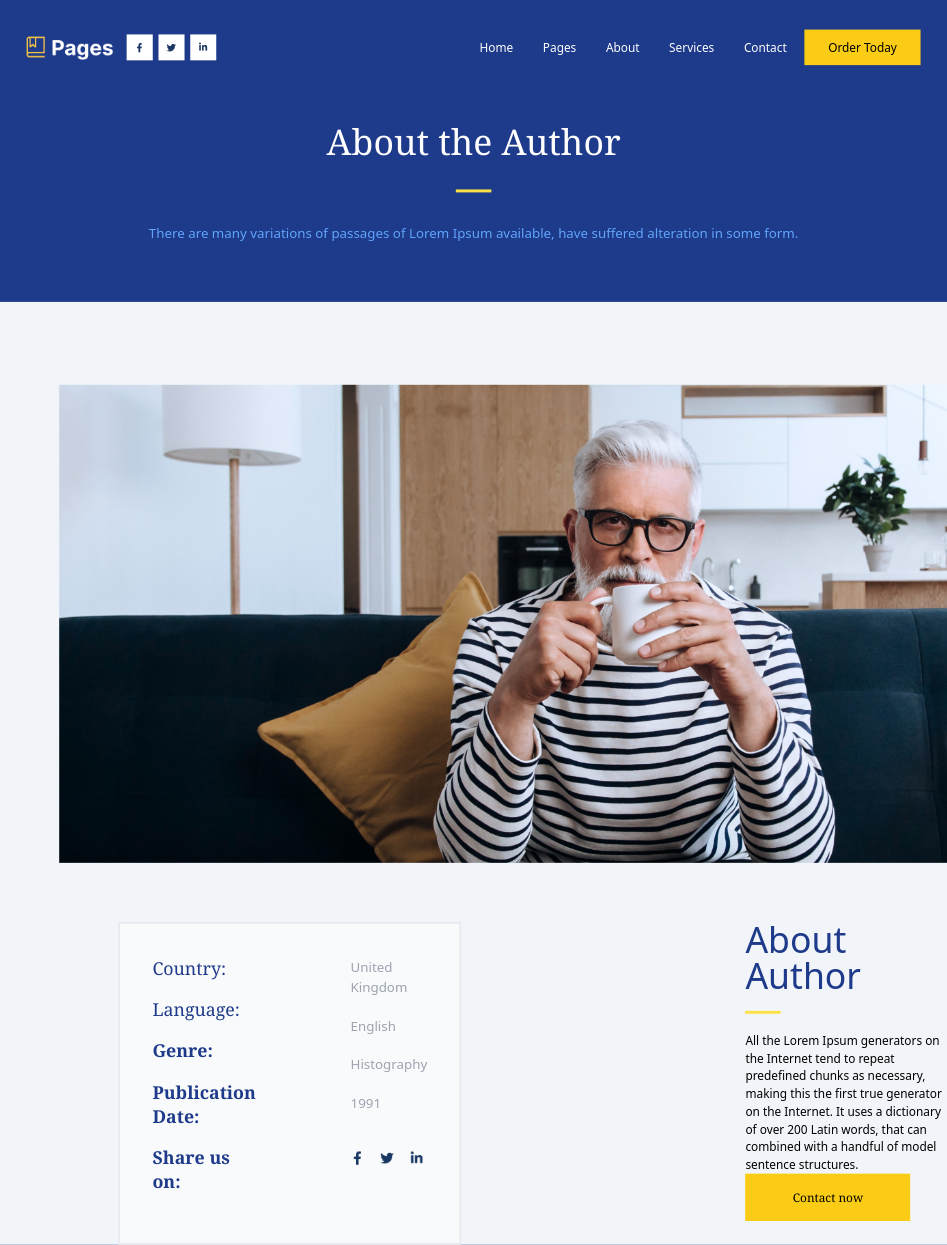
Repository: Godnorg/Class3
Page: index.html
These files come from the project's save history. The page is drawn as it stood at one moment and after the next save; the edit follows.
The browser window is 1280 px wide. The pictures show the whole page, at 74% of full size.
Some web libraries are served in a nearby version.

Above is the page before, as saved 2023-02-20 02:55:13.

### index.html
<!DOCTYPE html>
<html lang="en">
<head>
    <meta charset="UTF-8">
    <meta http-equiv="X-UA-Compatible" content="IE=edge">
    <meta name="viewport" content="width=device-width, initial-scale=1.0">
    <title>Class3</title>
    <script src="https://cdn.tailwindcss.com"></script>
</head>
<body class="w-full bg-blue-900">
<div class="flex items-center justify-between w-full pt-10 mx-auto px-9 max-w-7xl">
    <div class="flex gap-4 ">
    <img src="./Logo.png">
    <img src="./soc-icons.png" class="h-9">
    </div>
    <div class="flex gap-6">
        <ul class="flex items-center gap-10 text-white">
            <li><a href="#">Home</a></li>
            <li><a href="#">Pages</a></li>
            <li><a href="#">About</a></li>
            <li><a href="#">Services</a></li>
            <li><a href="#">Contact</a></li>
        </ul>
        <button class="px-8 py-3 mx-auto bg-yellow-400 font-sans-serif">Order Today</button>
    </div>
    </div>
    <div class="items-center mx-auto">
    <h1 class="items-center pt-20 pb-10 font-serif text-5xl text-center text-white">About the Author</h1>
        <div
            class="items-center w-12 h-1 mx-auto text-center bg-yellow-300">
        </div>
        <p class="items-center pt-10 pb-20 mx-auto text-lg text-center text-blue-400">There are many variations of passages of Lorem Ipsum available, have suffered alteration in some form.</p>
    </div>

    <div class= " bg-slate-100">
        <div class="relative w-full pb-20 pl-20 mx-auto pt-28 max-w-7xl">
        <img src="./oldman2.jpg">
        </div>
        <div class="flex">
        <div class="max-w-xl ml-40 mr-96 bg-gray-50">
            <div class="flex mt-0 border-2 pt-11 px-11 pb-11">
                <div class="pr-32">
                <h2 class="pb-6 font-serif text-2xl font-medium text-blue-900">Country:</h2>
                <h2 class="pb-6 font-serif text-2xl text-blue-900 font-bod">Language:</h2>
                <h2 class="pb-6 font-serif text-2xl font-bold text-blue-900">Genre:</h2>
                <h2 class="pb-6 font-serif text-2xl font-bold text-blue-900">Publication Date:</h2>
                <h2 class="pb-6 font-serif text-2xl font-bold text-blue-900">Share us on:</h2>
                </div>
                <div class="p-0">
                <p class="pb-6 pr-0 text-lg text-gray-400 ">United Kingdom</p>
                <p class="pb-6 pr-0 text-lg text-gray-400">English</p>
                <p class="pb-6 pr-0 text-lg text-gray-400">Histography</p>
                <p class="pb-6 pr-0 text-lg text-gray-400">1991</p>
                <img src="./socialmedia.png" class="pb-6 pr-0 pt-7">
                </div>
            </div>
        </div>
        <div class="mx-auto">
          <h1 class="text-5xl text-blue-900 ">About Author</h1>
          <div class="w-12 h-1 my-6 bg-yellow-300"></div>
          <p>All the Lorem Ipsum generators on the Internet tend to repeat predefined chunks as necessary, making this the first true generator on the Internet. It uses a dictionary of over 200 Latin words, that can combined with a handful of model sentence structures.</p>
          <button class="px-16 py-5 mx-auto font-serif bg-yellow-400">Contact now</button>
        </div>
    </div>
</div>

</body>
</html>

After the next save:
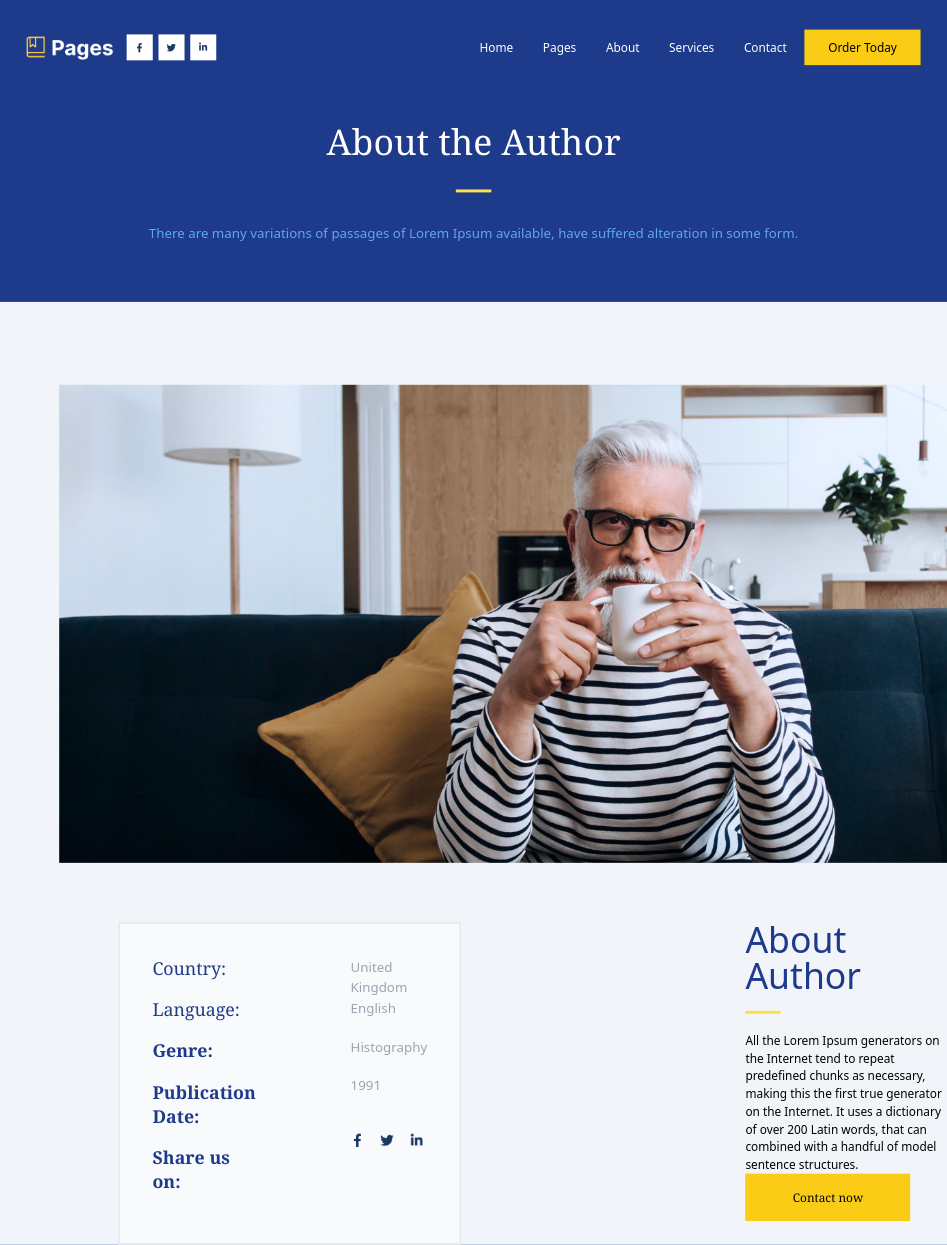
Saved 16 s later.
--- a/index.html
+++ b/index.html
@@ -47,7 +47,7 @@
                 <h2 class="pb-6 font-serif text-2xl font-bold text-blue-900">Share us on:</h2>
                 </div>
                 <div class="p-0">
-                <p class="pb-6 pr-0 text-lg text-gray-400 ">United Kingdom</p>
+                <p class="inline pb-6 pr-0 text-lg text-gray-400">United Kingdom</p>
                 <p class="pb-6 pr-0 text-lg text-gray-400">English</p>
                 <p class="pb-6 pr-0 text-lg text-gray-400">Histography</p>
                 <p class="pb-6 pr-0 text-lg text-gray-400">1991</p>

After the save that followed:
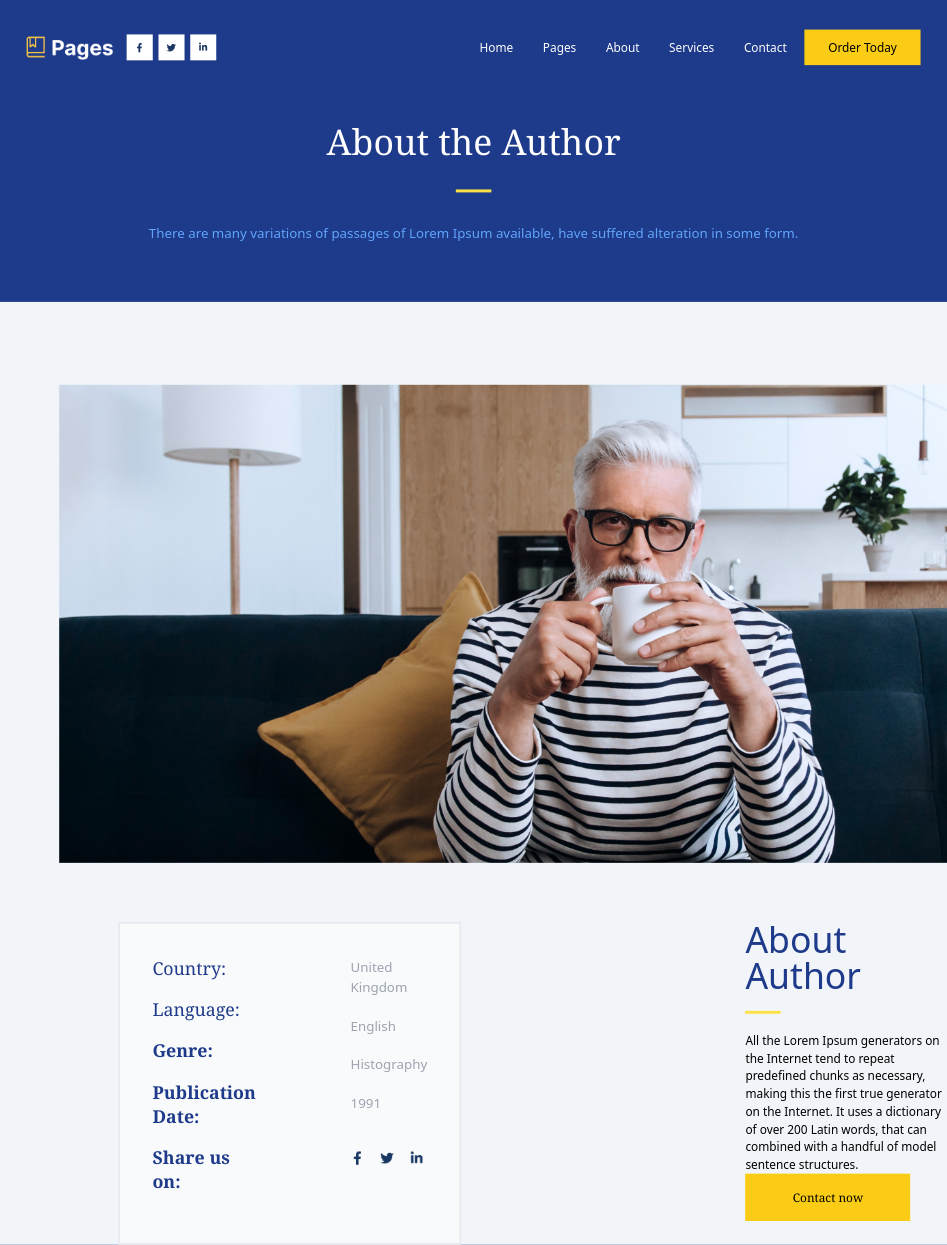
Saved 9 s later.
--- a/index.html
+++ b/index.html
@@ -47,7 +47,7 @@
                 <h2 class="pb-6 font-serif text-2xl font-bold text-blue-900">Share us on:</h2>
                 </div>
                 <div class="p-0">
-                <p class="inline pb-6 pr-0 text-lg text-gray-400">United Kingdom</p>
+                <p class="pb-6 pr-0 text-lg text-gray-400 ">United Kingdom</p>
                 <p class="pb-6 pr-0 text-lg text-gray-400">English</p>
                 <p class="pb-6 pr-0 text-lg text-gray-400">Histography</p>
                 <p class="pb-6 pr-0 text-lg text-gray-400">1991</p>
